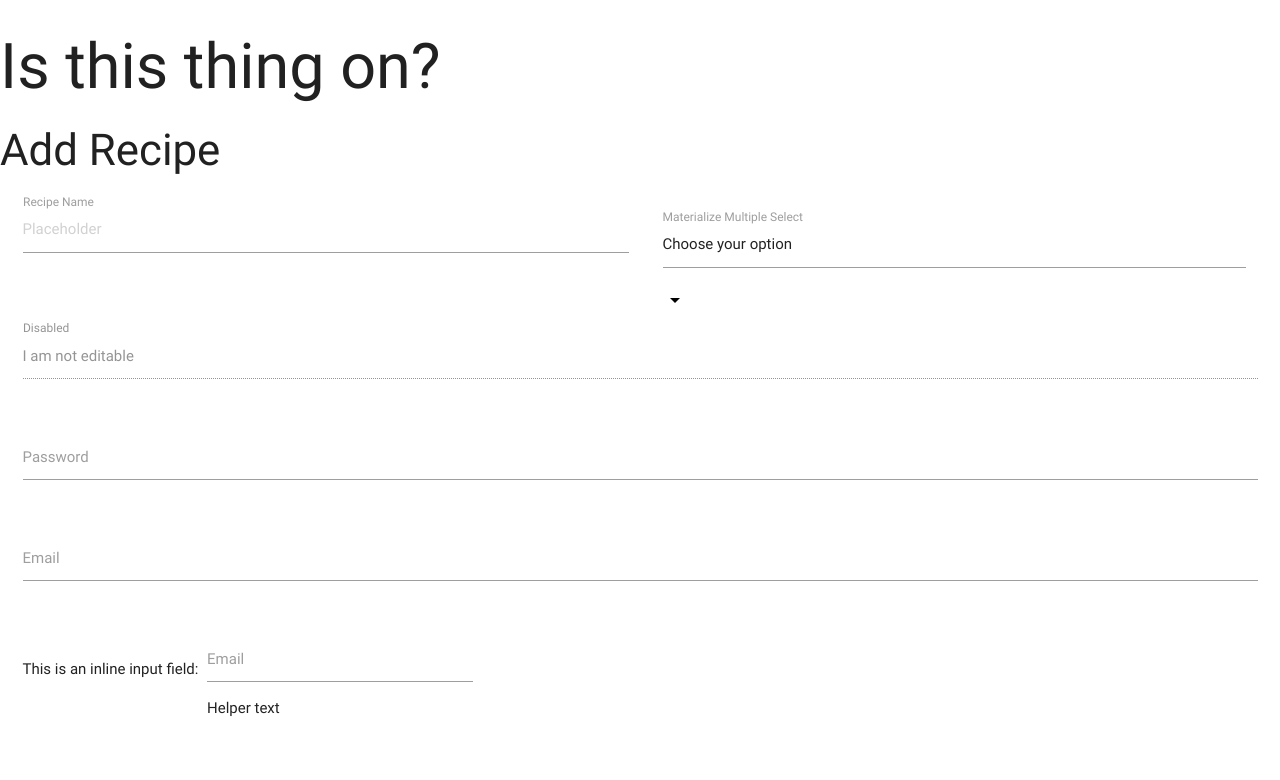
Repository: callendera/MilestoneProject3
Page: http://localhost/
The author's editor kept a record of every edit. The page is drawn from the files as they stood at one moment, then again after the next edit.
The browser window is 1280 px wide. The pictures show the whole page.
The page is served by the project's application, run on Flask 3 (recipe.py). Queries for data that is not in the repository find no rows.

Above is the page before.

After the next edit:
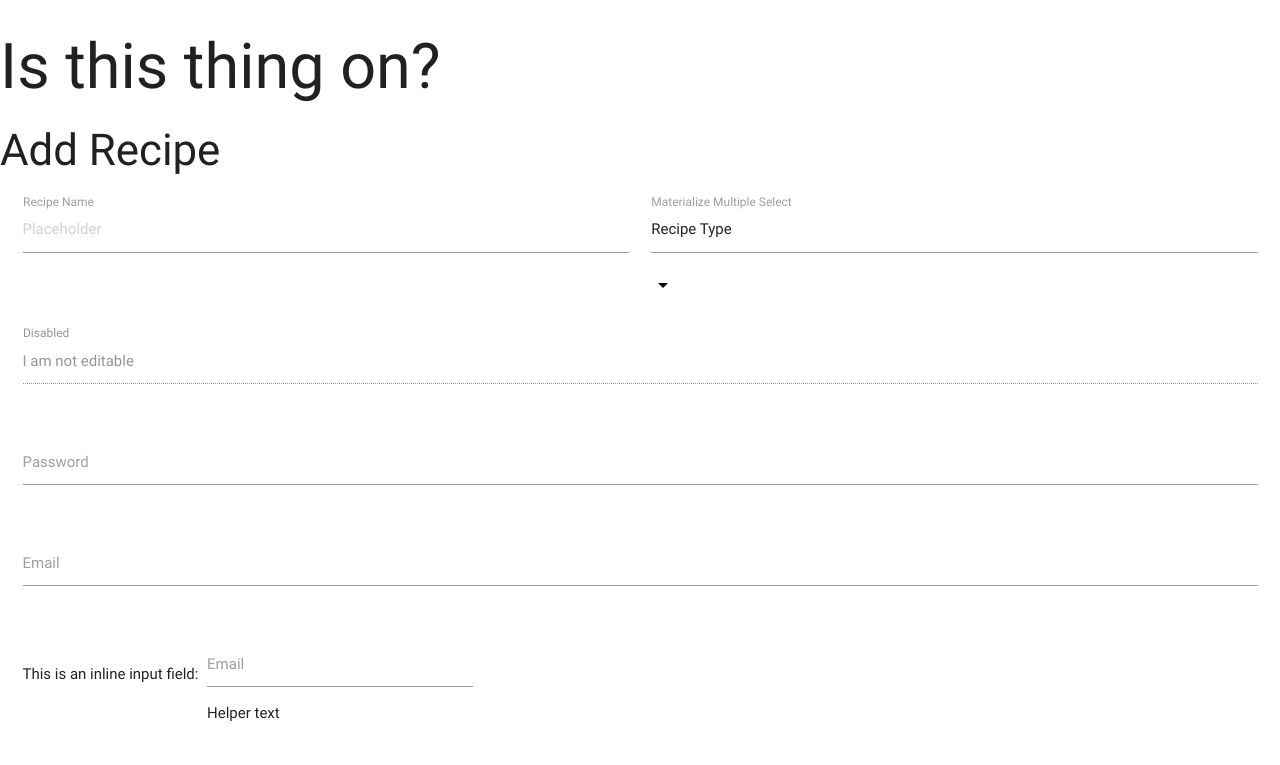
The edit:
--- a/templates/addrecipes.html
+++ b/templates/addrecipes.html
@@ -9,14 +9,17 @@
                 <label for="recipe_name">Recipe Name</label>
             </div>
             <div class="input-field col s6">
-                <div class="input-field col s12">
-    <select multiple>
-      <option value="" disabled selected>Choose your option</option>
-      <option value="1">Option 1</option>
-      <option value="2">Option 2</option>
-      <option value="3">Option 3</option>
+
+                <select multiple>
+      <option value="" disabled selected>Recipe Type</option>
+      <option value="1">Vegetarian</option>
+      <option value="2">Chicken</option>
+      <option value="3">Fish</option>
+      <option value="3">Vegan</option>
+      <option value="3">Pork</option>
+      <option value="3">Beef</option>
     </select>
-    <label>Materialize Multiple Select</label>
+                <label>Materialize Multiple Select</label>
 
             </div>
         </div>
